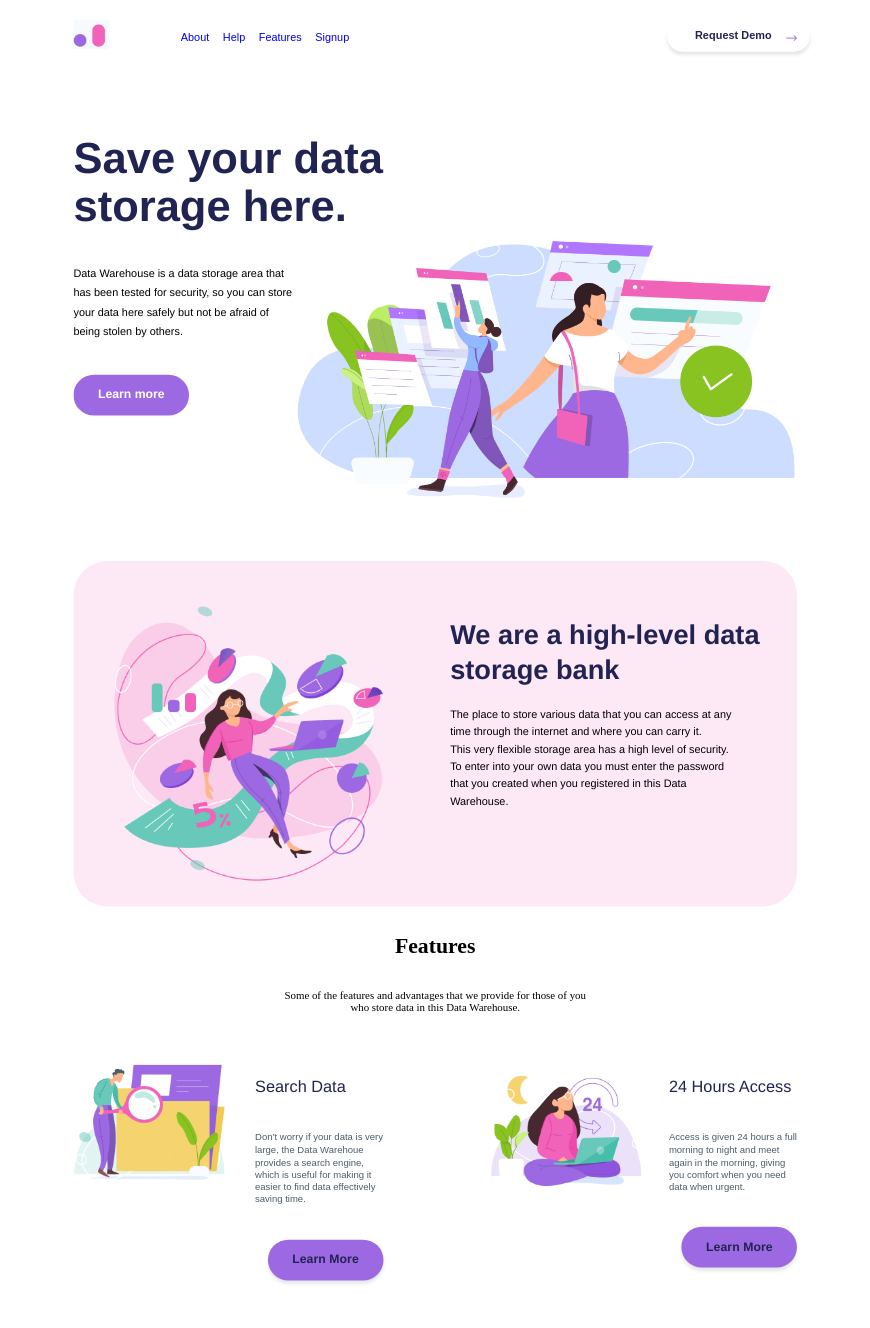
Repository: batonAnton/HW6_flexbox
Page: index.html
The author's editor kept a copy of each file at every save. The page is drawn from the files as they stood at one save, then again after the next save.
The browser window is 1280 px wide. The pictures show the whole page, at 68% of full size.
Some web fonts or font styles are not loaded; a fallback is used.

Above is the page before, as saved 2022-06-18 13:03:54.

### index.html
<!DOCTYPE html>
<html lang="en">
<head>
    <meta charset="UTF-8">
    <meta http-equiv="X-UA-Compatible" content="IE=edge">
    <meta name="viewport" content="width=device-width, initial-scale=1.0">
    <link href="http://fonts.cdnfonts.com/css/helvetica-neue-9" rel="stylesheet">
    <link rel="stylesheet" href="./fonts/Helvetica-Bold.ttf">
    <link rel="stylesheet" href="./fonts/AvenirLTStd-Black.otf">
    <link rel="stylesheet" href="./css/style.css">
    <title>FlexBox</title>
</head>
<body>
    <header>
        <div class="logo">
            <img src="./images/logo.png" alt="logo">
        </div>

        <nav>
            <ul>
                <li>
                    <a href="#">about</a>
                </li>
                <li>
                    <a href="#">help</a>
                </li>
                <li>
                    <a href="#">features</a>
                </li>
                <li>
                    <a href="#">signup</a>
                </li>
            </ul>
        </nav>

        <div class="header-btn">
            <div>
                <button>request demo</button>
            </div>
            <div class="btn-img">
                <img src="./images/right-arrow.png" alt="arrow-right" >
            </div>
        </div>
    </header>

    <div class="section allstyles">
        <div class="info">
            <h1>Save your data <br> storage here.</h1>
            <p>Data Warehouse is a data storage area that <br>has been
                tested for security, so you can store <br> your data here
                safely but not be afraid of <br> being stolen by others.</p>
            <button>Learn more</button>
        </div>

        <div class="section-img">
            <img src="./images/headerImg.png" alt="">
        </div>
    </div>

    <div class="section2 allstyles">
        <div class="sectin2-img">
            <img src="./images/assideimg.png" alt="assideimg">
        </div>

        <div class="section2-info">
            <h1>We are a high-level data <br> storage bank</h1>
            <p>
                The place to store various data that you can access at any <br> time through the internet  and where you can carry it. <br>
                This very flexible storage area has a high level of security. <br> To enter into your own data you must enter the password <br> that you created when you registered in this Data <br> Warehouse.
            </p>
        </div>
    </div>

    <div class="section3 allstyles">
        <h1 class="section3-header"> Features</h1>
        <p class="section3-header">Some of the features and advantages that we provide for those of you <br> who store data in this Data Warehouse.</p>

        <div class="row1">
            <div class="block">
                <img src="./images/section3/image1 1.png" alt="img">
                <div class="info">
                    <h1>Search Data</h1>
                <p>
                    Don’t worry if your data is very <br> large, the Data Warehoue <br> provides a search engine, <br> which is useful for making it <br> easier to find data effectively <br> saving time.
                </p>

                <div class="header-btn section3-btn">
                    <div>
                        <button>Learn More</button>
                    </div>
                    <div class="btn-img">
                        <img src="./images/right-arrow.png" alt="arrow-right" >
                    </div>
                </div>
                </div>

            </div>


            <div class="block">
                <img src="./images/section3/image2.png" alt="img">
                <div class="info">
                    <h1>24 Hours Access</h1>
                <p>
                    Access is given 24 hours a full <br> morning to night and
                    meet <br> again in the morning, giving <br> you comfort when
                    you need <br> data when urgent.
                </p>

                <div class="header-btn section3-btn">
                    <div>
                        <button>Learn More</button>
                    </div>
                    <div class="btn-img">
                        <img src="./images/right-arrow.png" alt="arrow-right" >
                    </div>
                </div>
                </div>

            </div>
        </div>
    </div>
</body>
</html>

### css/style.css
body {
  box-sizing: border-box;
  font-family: "Avenir";
}

.allstyles{
    margin: 70px 100px;
}

header {
  display: flex;
  margin: 30px 100px;
  justify-content: space-between;
  /* border: 1px solid gray; */
 font-family: Arial, Helvetica, sans-serif;
  font-size: 16px;
}


nav {
  margin-right: 40%;
}

nav ul {
  display: flex;
  list-style: none;
  color: #4b5d68;
}

nav ul li a {
  text-decoration: none;
  padding-left: 20px;
  text-transform: capitalize;
}

.header-btn {
  display: flex;
  justify-content: center;
}


.header-btn button {
  padding: 15px 30px 15px 15px;
  text-transform: capitalize;
  border: none;
  border-radius: 50px;
  background: #ffffff;
  box-shadow: 0px 5px 5px rgb(75 93 104 / 15%);
  width: 210px;
  color: #212353;
  font-size: 16px;
  font-weight: 800;
  line-height: 100%;
  letter-spacing: 0.005em;
}

.btn-img {
  margin-left: -35px;
  padding-left: -15px;
  align-self: center;
}

button img {
  padding-top: 5px;
  margin-left: 5px;
}

button:hover {
  border: 1px solid rgba(156, 105, 226, 1);
  text-decoration: underline;
}

.section {
  display: flex;
  position: relative;
  height: 600px;
  overflow: hidden;
}


.info {
  width: 50%;
}

.section h1 {
  font-style: normal;
  font-weight: 700;
  font-size: 4rem;
  line-height: 110%;
  font-family: "Helvetica Neue", sans-serif;
  color:#212353;
  font-weight: 700;
}



.section p {
  font-family: 'Avenir', Helvetica, sans-serif;
  font-style: normal;
  font-weight: 500;
  font-size: 16px;
  line-height: 28px;
  margin-top: 50px;
  margin-bottom: 50px;
}

.section-img {
  position: absolute;
  bottom: 1%;
  right: -13%;
}
.section-img img {
  width: 84%;
}

.info button{
    font-family: 'Avenir', Helvetica, sans-serif;
    font-style: normal;
    font-weight: 700;
    font-size: 18px;
    line-height: 160%;
    background-color: #9C69E2;
    border-radius: 50px;
    color: #ffffff;
    width: 170px;
    height: 60px;
    border: none;
    cursor: pointer;
}


.section2{
    display: flex;
    justify-content: space-between;
    background: rgba(240, 99, 184, 0.15);
    border-radius: 50px;
    font-family: 'Avenir', Helvetica, sans-serif;
}

.section2 h1{
    font-style: normal;
    font-weight: 700;
    font-size: 40px;
    line-height: 130%;
    color: #212353;
}

.section2 p{
    font-family: 'Avenir', Helvetica, sans-serif;
font-style: normal;
font-weight: 400;
font-size: 16px;
line-height: 160%;
}

.section2-info{
    padding:55px;
}


.section3-header{
    text-align: center;
    margin: -30px 0 75px 0;
}

.row1{
    display: flex;
    justify-content: space-between;
}

.row1 .block img{
    float: left;
}

.section3 .info{
  float: right;
  width: auto;
  margin-left: 35px;
}

.section3 .info h1{
  font-family: 'Helvetica';
font-style: normal;
font-weight: 400;
font-size: 24px;
line-height: 130%;
color: #212353;
}

.section3 .info p{
  font-family: 'Avenir',  sans-serif;
font-style: normal;
font-weight: 200;
font-size: 14px;
line-height: 130%;
color: #4B5D68;
margin-top: 50px;
margin-bottom: 50px;
}

.section3 .section3-btn button{
  padding:0;
  color: #212353;

}

After the next save:
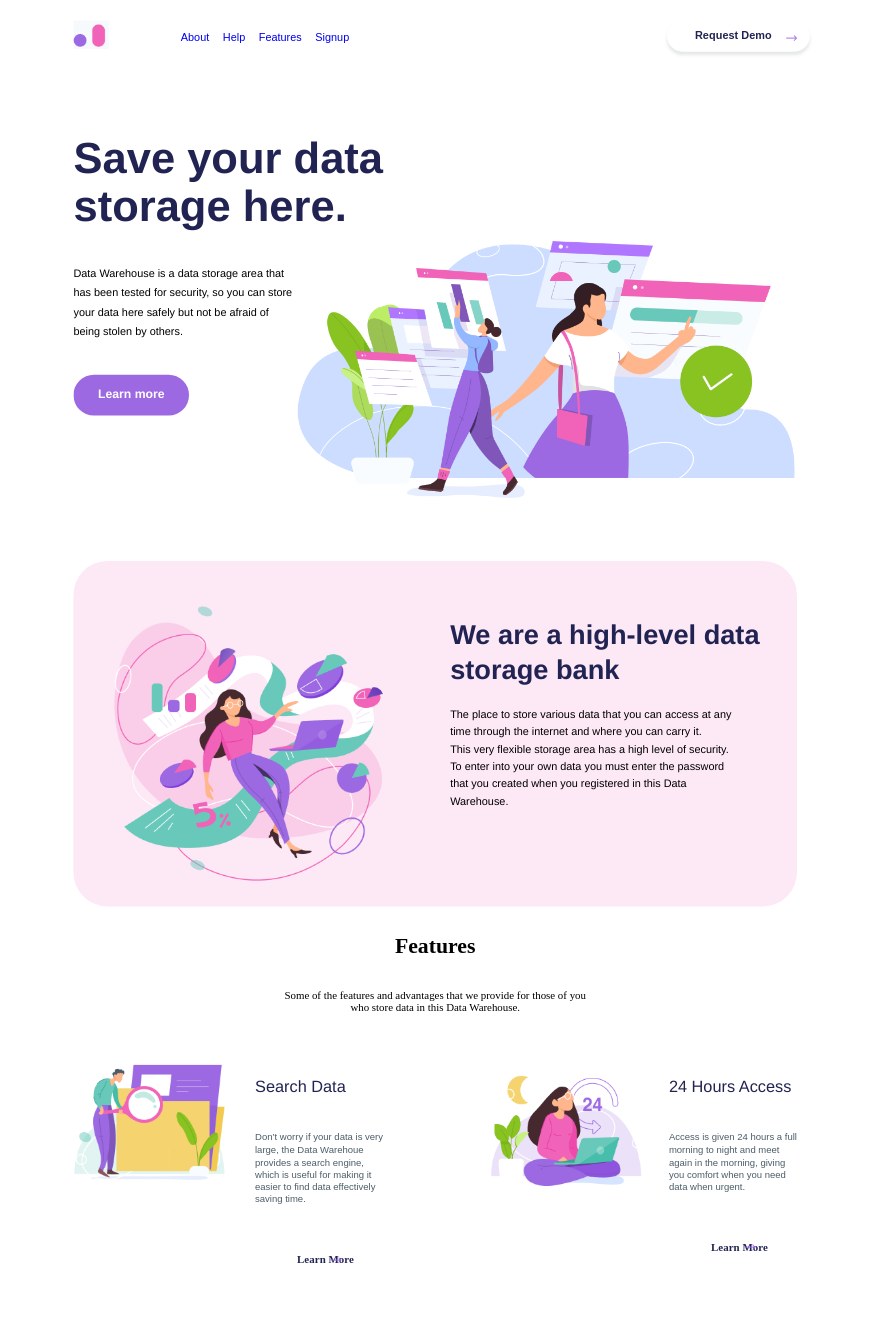
Saved 3 min 47 s later.
--- a/css/style.css
+++ b/css/style.css
@@ -201,5 +201,13 @@ margin-bottom: 50px;
 .section3 .section3-btn button{
   padding:0;
   color: #212353;
-
-}
+  box-shadow: none;
+  background-color: #ffffff;
+  font-family: 'Avenir';
+font-style: normal;
+font-weight: 900;
+font-size: 16px;
+line-height: 160%;
+letter-spacing: 0.005em;
+width:85px;
+}
